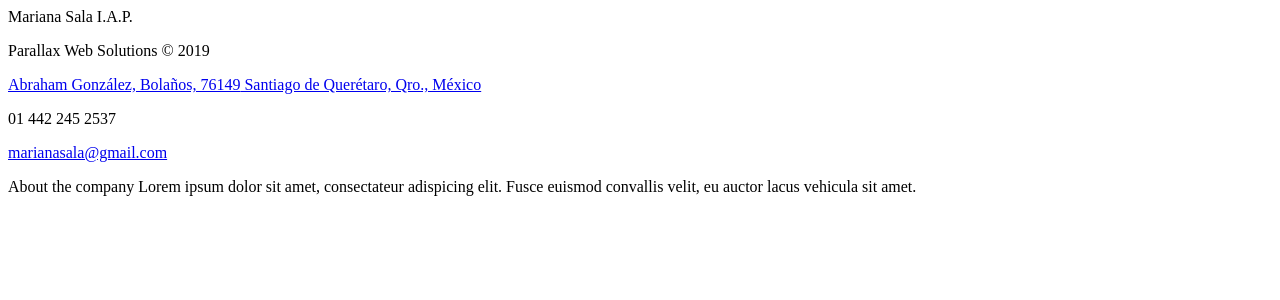
Repository: DanElias/Parallax
Page: Proyecto/Website/sitio/_footer_sitio.html
The author's editor kept a record of every edit. The page is drawn from the files as they stood at one moment, then again after the next edit.
The browser window is 1280 px wide. The pictures show the whole page.

Above is the page before.
Console error: TypeError: Cannot set properties of null (setting 'onmouseover')

After the next edit:
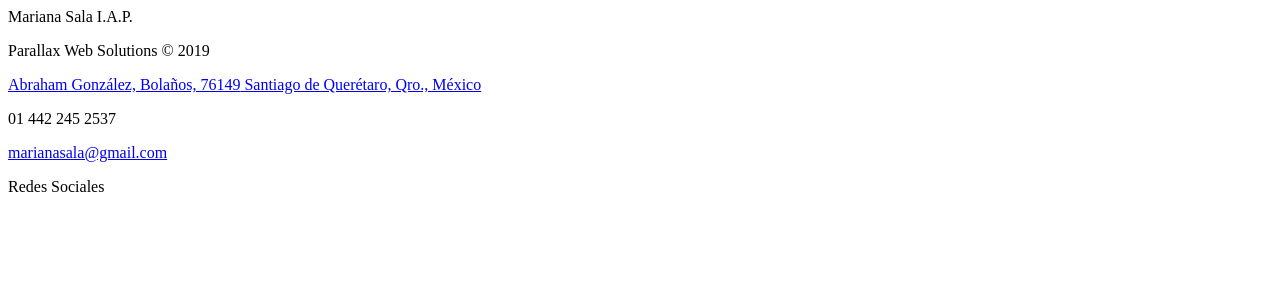
The edit:
--- a/Proyecto/Website/sitio/_footer_sitio.html
+++ b/Proyecto/Website/sitio/_footer_sitio.html
@@ -33,8 +33,8 @@
 			<div class="footer-right">
 
 				<p class="footer-company-about">
-					<span>About the company</span>
-					Lorem ipsum dolor sit amet, consectateur adispicing elit. Fusce euismod convallis velit, eu auctor lacus vehicula sit amet.
+					<span>Redes Sociales</span>
+
 				</p>
 
 				<div class="footer-icons">
